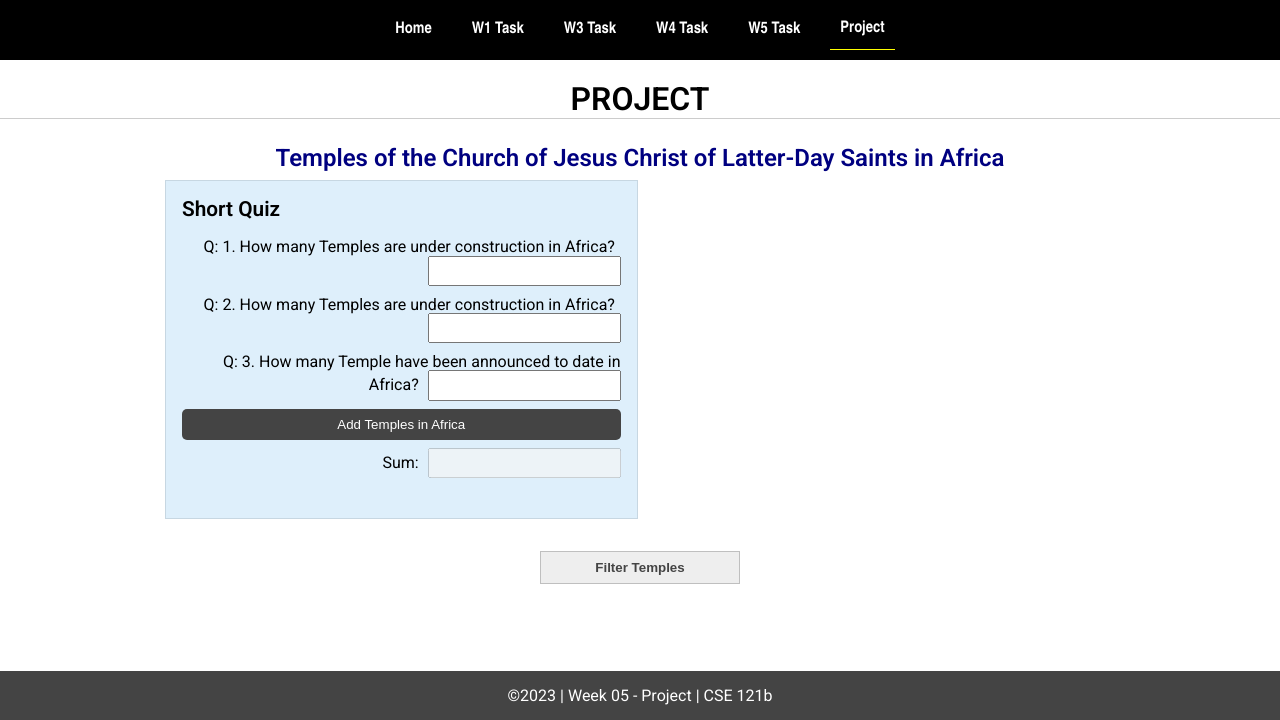
Repository: mszakutumela/cse121b
Page: Project/project.html
An editor plug-in stored every save of this project. The page is shown before and after the next save, followed by the edit.
The browser window is 1280 px wide. The pictures show the whole page.

Above is the page before, as saved 2023-10-24 15:12:33.

After the next save:
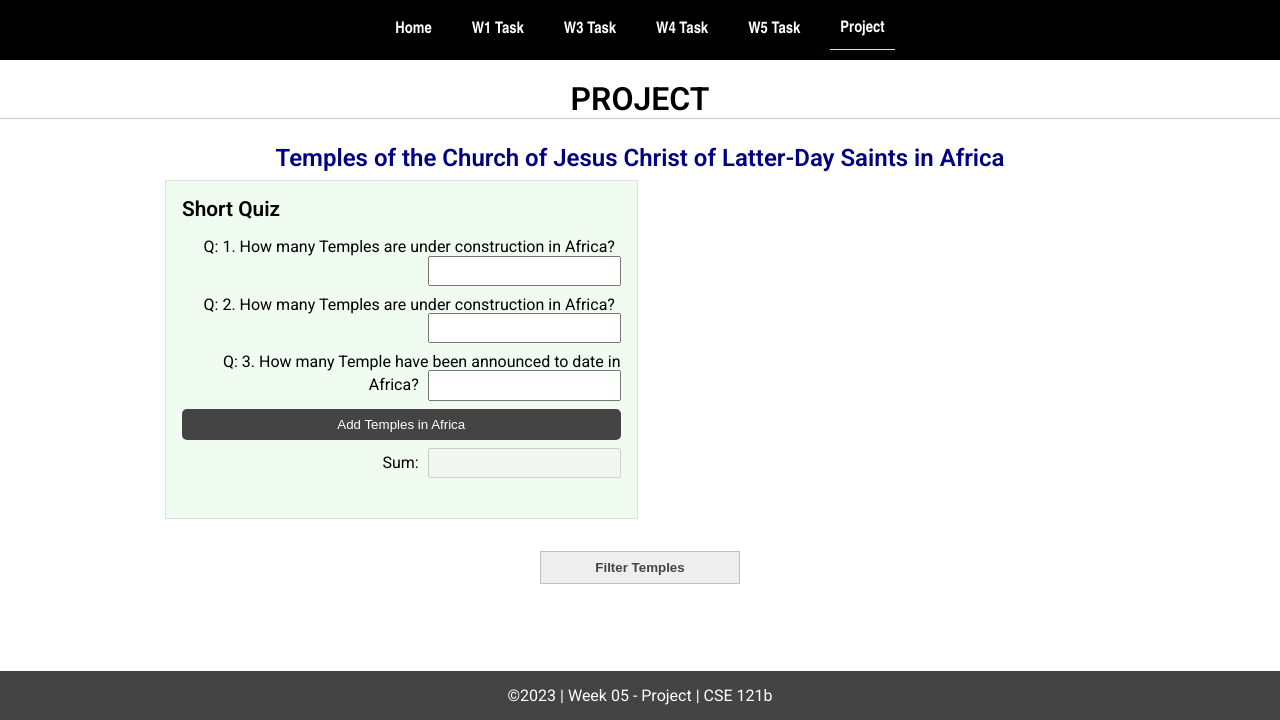
Saved 10 s later.
--- a/Project/styles/main.css
+++ b/Project/styles/main.css
@@ -210,11 +210,11 @@
 
 
 #section1 {
-    background-color: rgba(189, 224, 247, 0.5);
+    background-color: rgb(225, 250, 225, .5);
 }
 
 #section2 {
-    background-color: rgba(233, 233, 241, 0.5);
+    background-color: rgba(200, 200, 250, 0.5);
 
 }
 
